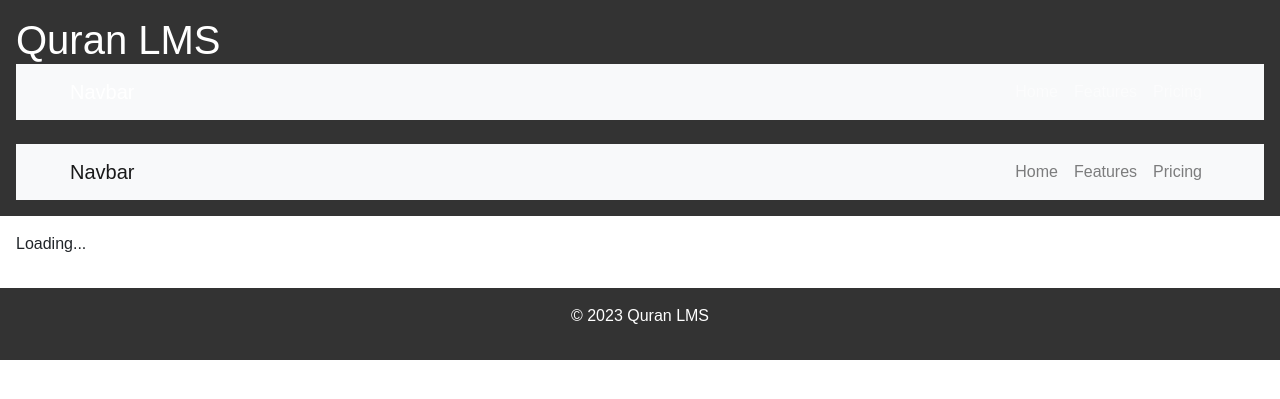
Repository: talha-mahmood/Quran-Lms-react
Page: /
An editor plug-in stored every save of this project. The page is shown before and after a run of saves, followed by the edit.
The browser window is 1280 px wide. The pictures show the whole page.
The page's requests for data from a server got no answer. The project was rebuilt for these pictures with package versions that can differ from the ones it lists, and the page was loaded fresh each time. No one was signed in, and anything a server would have sent is missing.

Above is the page before, as saved 2023-03-08 00:58:51.

After the next 2 saves:
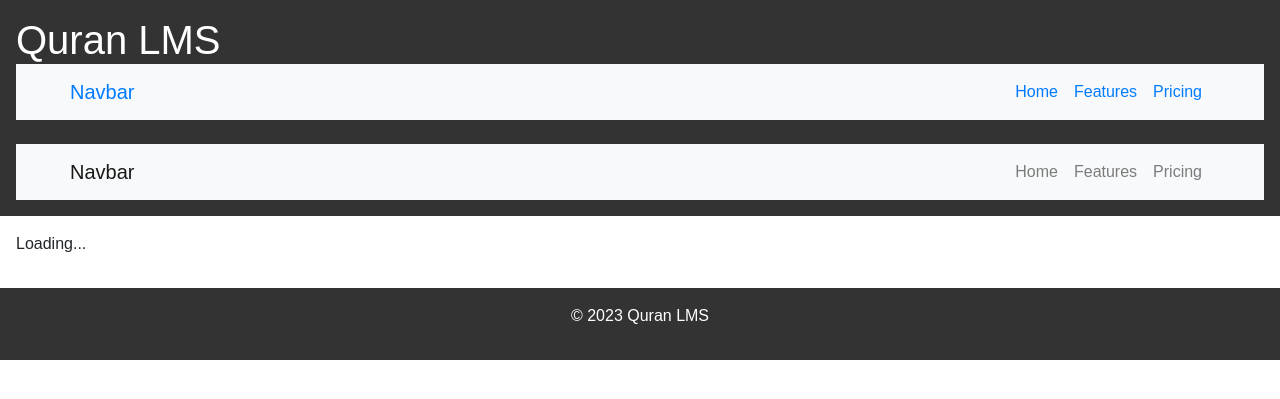
The 2 saves are shown as one change because they came seconds apart.
The last was saved 7 s later.
--- a/src/App.js
+++ b/src/App.js
@@ -25,7 +25,7 @@ class QuranLMS extends Component {
         <header>
           <h1>Quran LMS</h1>
           <div>
-          <Navbar bg="light" variant="dark">
+          <Navbar bg="light" variant="Light">
         <Container>
           <Navbar.Brand href="#home">Navbar</Navbar.Brand>
           <Nav className="me-auto">
